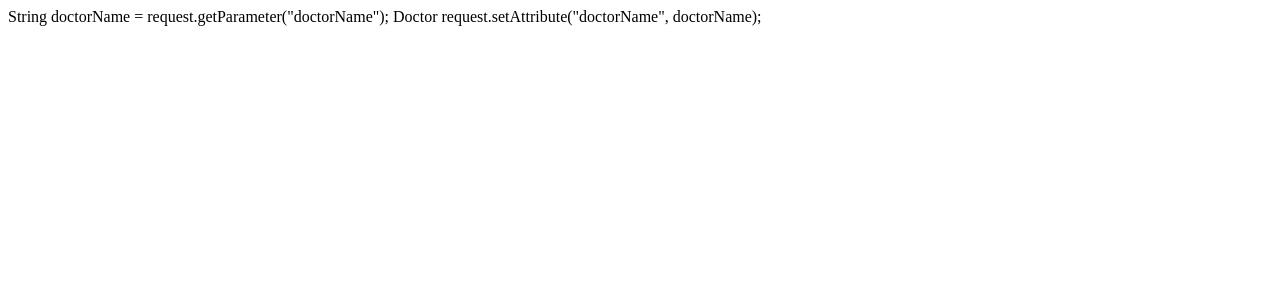
Repository: Kavya-C1/eclipsejava
Page: http://localhost/DoctorAppMaven/addDoctor.jsp
The author's editor kept a copy of each file at every save. The page is drawn from the files as they stood at one save, then again after a run of saves.
The browser window is 1280 px wide. The pictures show the whole page.
The page is served by Tomcat 9. Other server files are loaded and not shown.

Above is the page before, as saved 2024-03-15 09:50:06.

### DoctorAppMaven/src/main/webapp/addDoctor.jsp
<%@ page language="java" contentType="text/html; charset=ISO-8859-1"
    pageEncoding="ISO-8859-1"%>
<!DOCTYPE html>
<html>
<head>
<meta charset="ISO-8859-1">
<title>Insert title here</title>
</head>
<body>

String doctorName =  request.getParameter("doctorName");

Doctor

request.setAttribute("doctorName", doctorName);

</body>
</html>

After the next 2 saves:
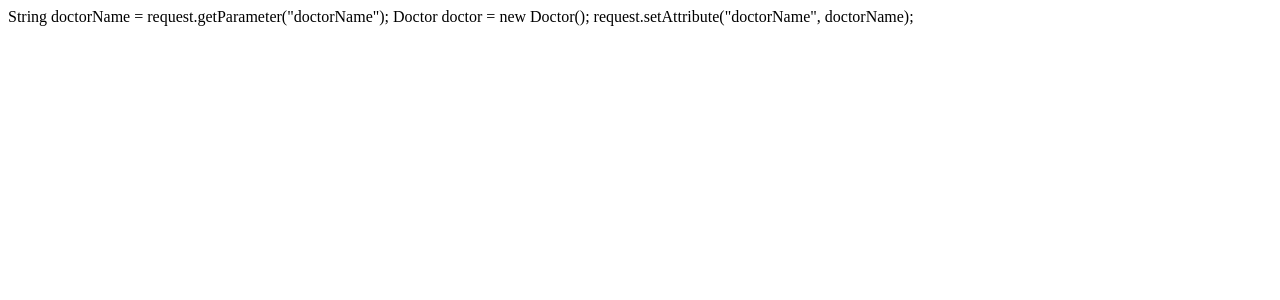
The 2 saves are shown as one change because they came seconds apart.
The last was saved 12 s later.
--- a/DoctorAppMaven/src/main/webapp/addDoctor.jsp
+++ b/DoctorAppMaven/src/main/webapp/addDoctor.jsp
@@ -10,7 +10,7 @@
 
 String doctorName =  request.getParameter("doctorName");
 
-Doctor
+Doctor doctor = new Doctor();
 
 request.setAttribute("doctorName", doctorName);
 
